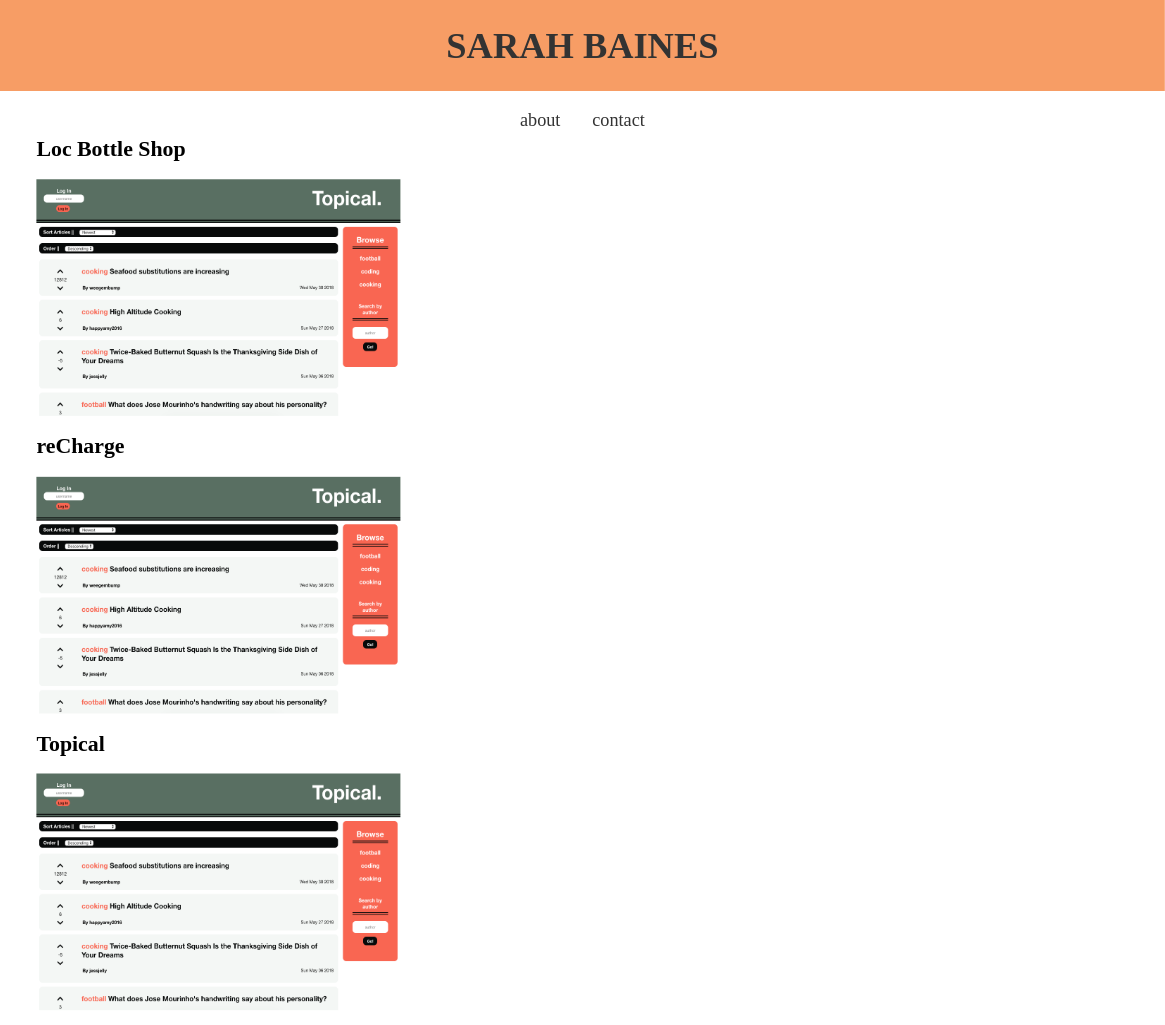
Repository: bainesface/bainesface.github.io
Page: index.html
An editor plug-in stored every save of this project. The page is shown before and after the next save, followed by the edit.
The browser window is 1280 px wide. The pictures show the whole page, at 91% of full size.

Above is the page before, as saved 2020-04-27 14:47:56.

After the next save:
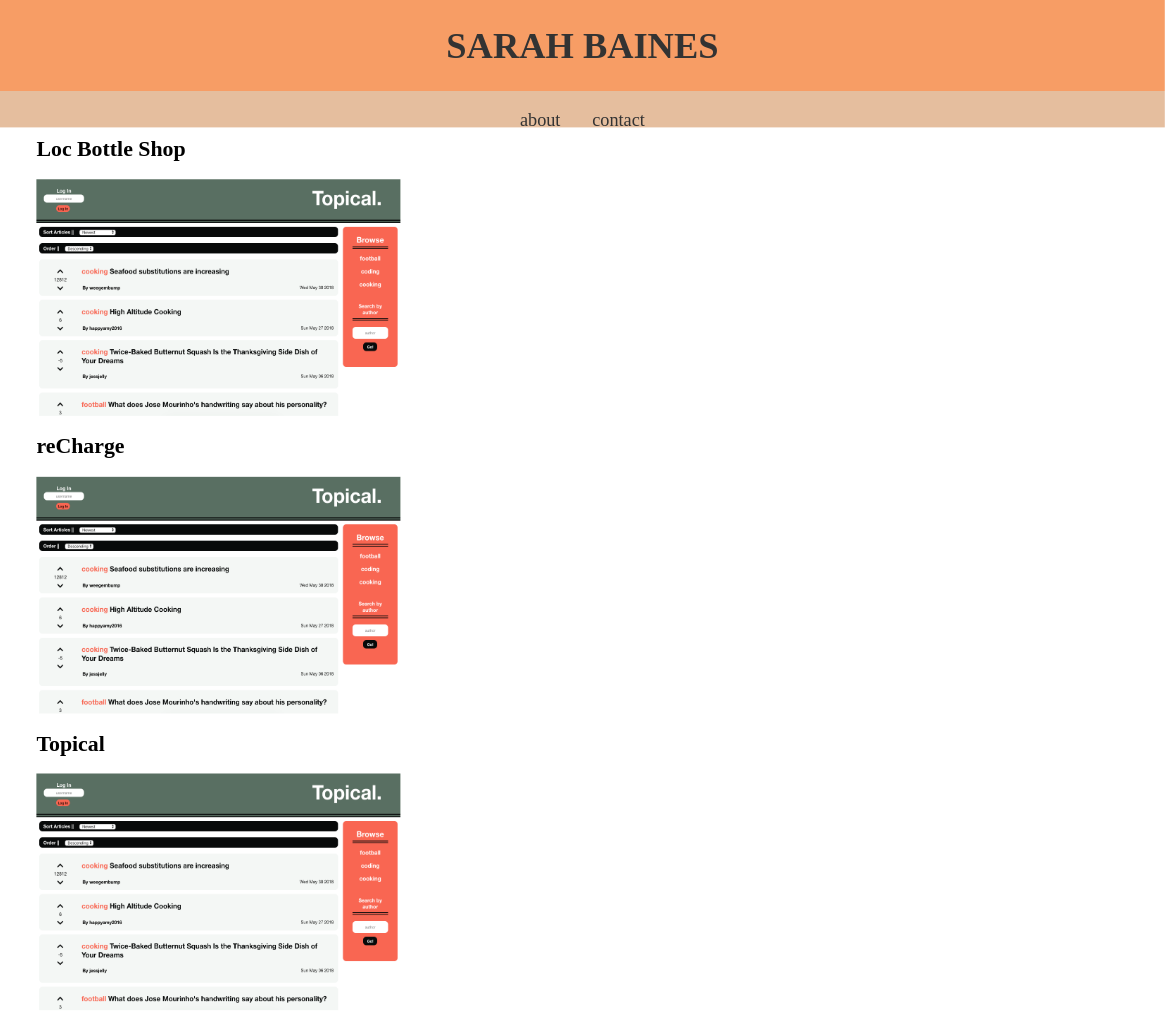
Saved 2 min 29 s later.
--- a/index.css
+++ b/index.css
@@ -25,11 +25,13 @@
 }
 
 .menu {
+  grid-area: nav;
   font-size: 15pt;
   font-family: 'PT Sans';
   text-decoration: none;
   text-align: center;
   padding: 20px;
+  background-color: #e5be9e;
 }
 
 .paragraph {
